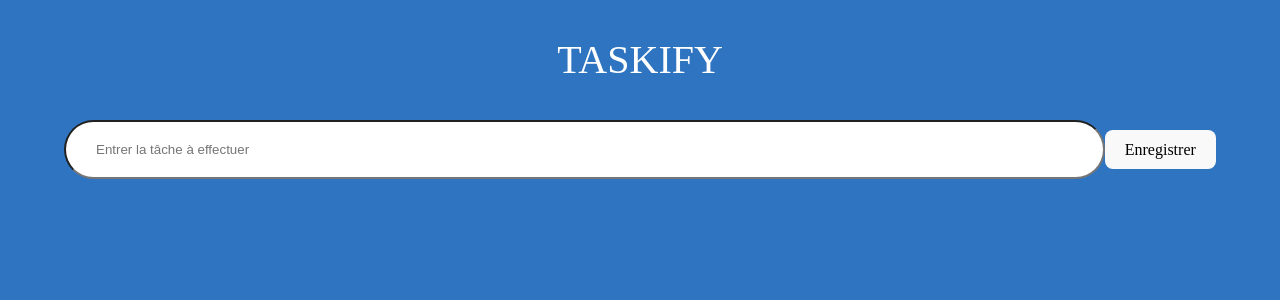
Repository: abdoulkarim20/react-ts-training
Page: /
These files come from the project's save history. The page is drawn as it stood at one moment and after a run of saves; the edit follows.
The browser window is 1280 px wide. The pictures show the whole page.
Some web fonts or font styles are not loaded; a fallback is used. The project was rebuilt for these pictures with package versions that can differ from the ones it lists, and the page was loaded fresh each time. Also part of the build but not shown: vite.config.ts.

Above is the page before, as saved 2024-01-23 00:05:17.

After the next 4 saves:
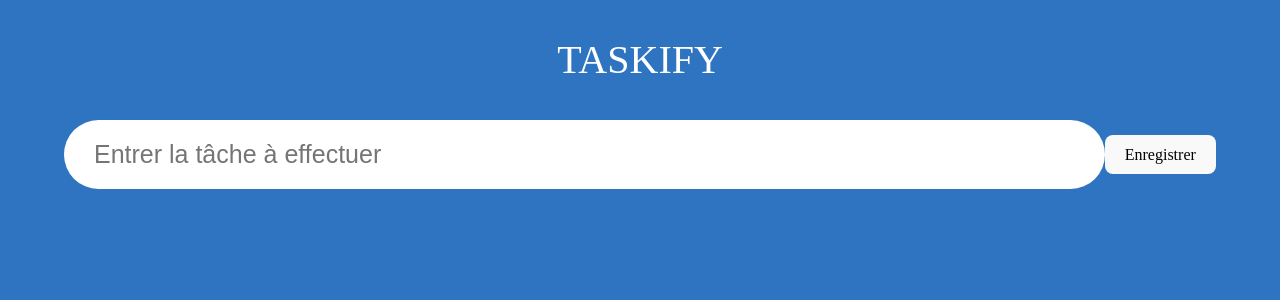
The 4 saves are shown as one change because they came seconds apart.
The last was saved 11 s later.
--- a/src/components/styles.css
+++ b/src/components/styles.css
@@ -8,5 +8,6 @@
     width: 100%;
     border-radius: 50px;
     padding: 20px 30px;
-    font-size: ;
+    font-size: 25px;
+    border: none;
 }
